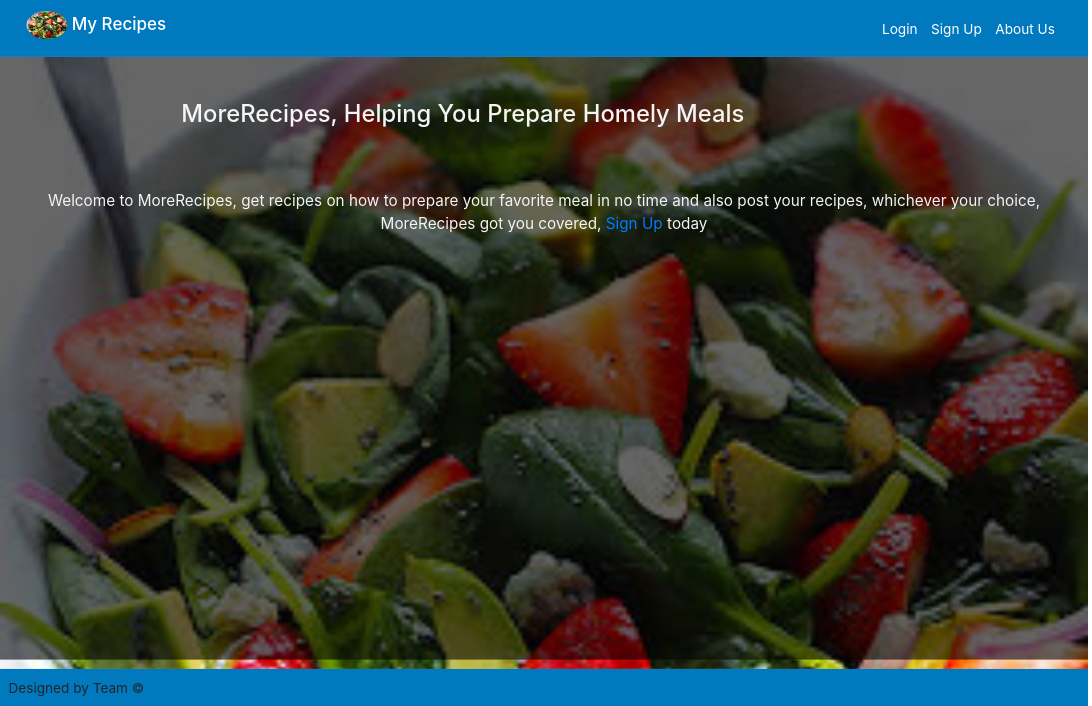
Repository: UggoPrince/more-recipes
Page: html/index.html
An editor plug-in stored every save of this project. The page is shown before and after the next save, followed by the edit.
The browser window is 1280 px wide. The page is 1285 px wide, so the pictures cover 1285 px, including what lies to the right of the window. The pictures show the whole page, at 85% of full size.

Above is the page before, as saved 2018-07-30 07:24:28.

After the next save:
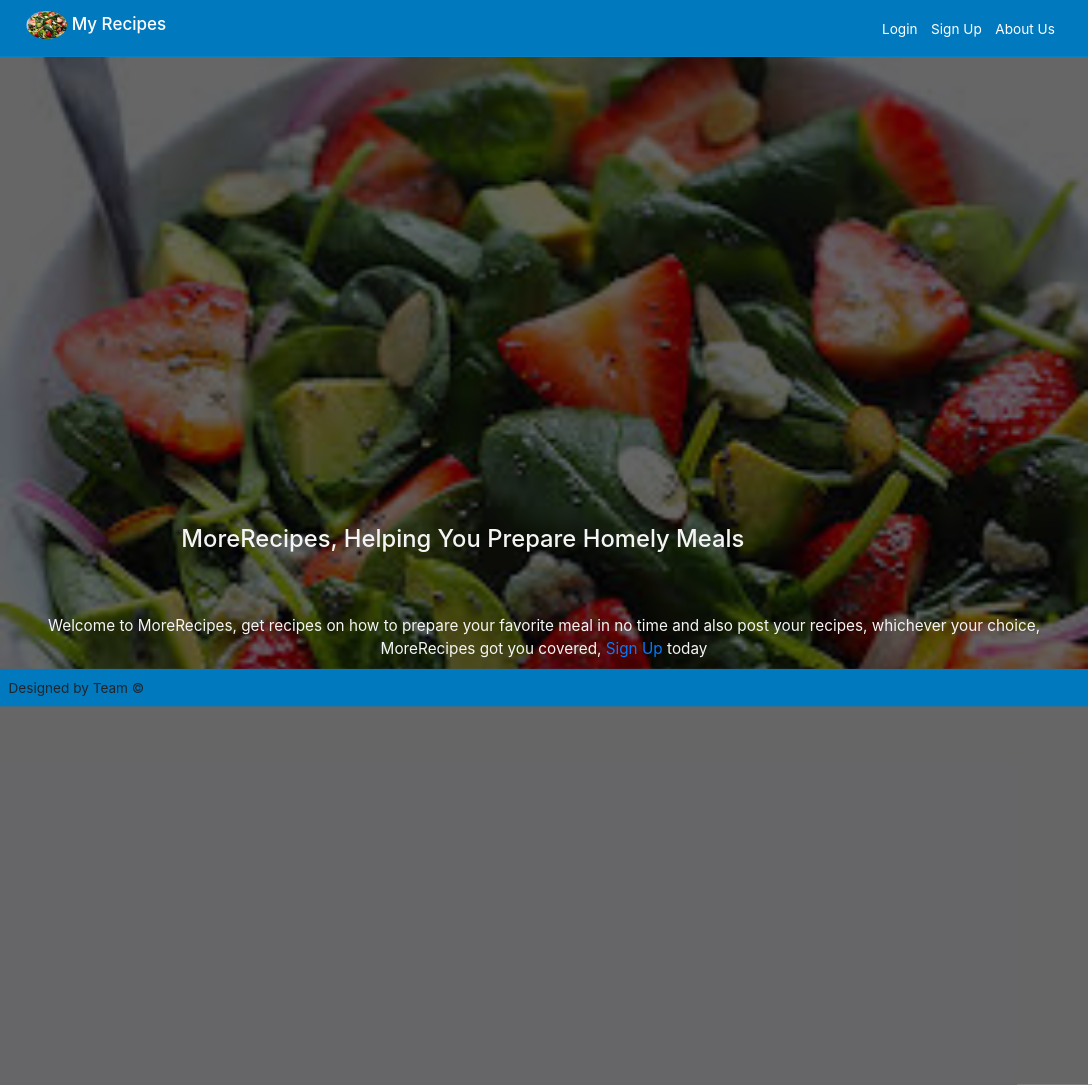
Saved 23 s later.
--- a/html/index.html
+++ b/html/index.html
@@ -55,7 +55,7 @@
   <div id="content">
     <main class="container-fluid">
       <div class="row">
-        <div class="offset-2 col-8;" style="margin-top: 4%;">
+        <div class="offset-2 col-8;" style="margin-top: 43%;">
             <h3>MoreRecipes, Helping You Prepare Homely Meals</h3>
         </div>
       </div>
